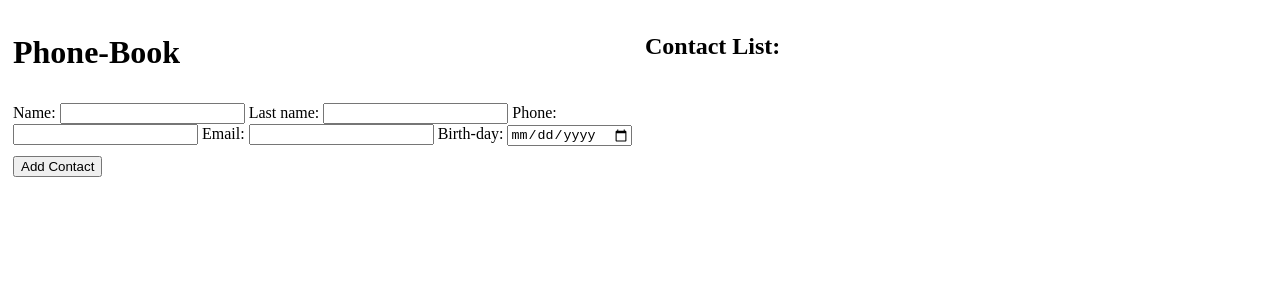
Repository: STA1357/Phone-book
Page: Inner.html
These files come from the project's save history. The page is drawn as it stood at one moment and after the next save; the edit follows.
The browser window is 1280 px wide. The pictures show the whole page.

Above is the page before, as saved 2020-12-10 10:58:18.

### Inner.html
<!DOCTYPE html>
<html lang="en">
<head>
    <meta charset="UTF-8">
    <meta name="viewport" content="width=device-width, initial-scale=1.0">
    <title>Phone Book</title>
    <link rel="stylesheet" href="./styles.css">
    <script src="./app.js"></script>
</head>
<body>
    <form action="#" method="POST">

        <header>
            <div class="header-title">
                <h1>Phone-Book</h1>
            </div>
        </header>

        <main>
            <div class="container">
                <label for="name">Name:</label>
                <input type="text" id="nameInput">
                <label for="lname">Last name:</label>
                <input type="text" id="lnameInput">
                <label for="tel">Phone:</label>
                <input type="text" id="telInput" class="tellinput">
                <label for="email">Email:</label>
                <input type="email" id="emailInput">
                <label for="birthname">Birth-day:</label>
                <input type="date" id="birthInput">
            </div>

        </main>

        <div class="btn">
        <button type="submit" id="btnAdd">Add Contact</button>
    </div>
    </form>
<div class="list-container">
    <h2>Contact List:</h2>
    <ul id="users"></ul>
</div>
</body>
</html>

### styles.css
*{
    box-sizing: border-box;
}

body{
    display: flex;
    flex-direction: row;
}

form{
    width: 50%;

}









.selected{
    background-color: skyblue;
    color: black;
    text-shadow: 0.5px 0.5px grey;
}

.deleteBtn::before{
    color: brown;
    content: "delete";
}

div{
    padding: 5px;
}

li{
    font-weight: bold;
    font-style: italic;
}

### app.js
window.onload = function() {
    const localKey = 'contactsCollection';
    const form = document.querySelector('form');
    const list = document.getElementById('users');
    const userName = document.getElementById('nameInput');
    const userLname = document.getElementById('lnameInput');
    const userTel = document.getElementById('telInput');
    const userEmail = document.getElementById('emailInput');
    const userBirth = document.getElementById('birthInput');

    let contactsList = getContacts();
    let activeContact = null;

    generateContactList();

    function getContacts() {
        const res = localStorage.getItem(localKey);
        return res ? JSON.parse(res) : [];
    }

    function setToStorage(data) {
        localStorage.setItem(localKey, data);
    }

    function updateContactList(newList) {
        const string = JSON.stringify(newList);
        contactsList = newList;
        setToStorage(string);
        generateContactList();
    }

    function recordContact(newContact) {
        updateContactList([...contactsList, newContact])
    }

    function updateContact(newData) {
        contactsList = contactsList.map(contact => contact.id === newData.id ? newData : contact);
        updateContactList(contactsList);
    }

    function deleteContact(removeId) {
        contactsList = contactsList.filter(({ id }) => id !== removeId);
        updateContactList(contactsList);
    }

    function setActiveContact(id) {
        const contact = document.getElementById(`contact-${id}`);
        contact.classList.toggle('active');
    }

    function generateContactList() {
        console.log(contactsList);
        const fragment = document.createDocumentFragment();
        contactsList.forEach((contact) => {
            const { id, name, lastName, phone, mail, birthDay } = contact;
            const container = document.createElement('div');
            container.onclick = () => setActiveContact(id);
            container.id = `contact-${id}`;
            const title = document.createElement('li');
            title.innerText = `${name} ${lastName}`;

            const infoList = document.createElement('b');
            infoList.innerText = phone + ' - ' + mail + ' - ' + birthDay;
            // phonesList.innerText = phones.join(' ');
            container.appendChild(title);
            container.appendChild(infoList);
            fragment.appendChild(container);

            const deleteBtn = document.createElement('button');
            deleteBtn.className = 'deleteBtn'
            fragment.appendChild(deleteBtn);
            deleteBtn.addEventListener('mousedown', function (e) {
                e.preventDefault();
            })

            deleteBtn.addEventListener('click', function (e) {
                console.log(e);
                deleteContact();
            })

            //const btn = document.createElement('button');
            //btn.onclick = () => !deleteContact(removeId);
            //btn.appendChild(container)


            container.addEventListener('mousedown', function (e) {
                e.preventDefault();
            })

            container.addEventListener('click', function (e) {
                console.log(e);


                if (e.target == this) {
                    return false;

                }
                if (!e.ctrlKey) {
                    clearSelected(this.children);
                }
                addSelected(e.target);
            })

            function clearSelected(elems) {
                for (let elem of elems) {
                    elem.classList.remove('selected');
                }
            }

            function addSelected(target) {
                target.classList.add('selected');
            }
        });


        list.innerHTML = '';
        list.appendChild(fragment);


    }

    function getId() {
        return '_' + Math.random().toString(36).substr(2, 9);
    };

    form.onsubmit = (event) => {
        event.preventDefault();
        const contact = {
            id: getId(),
            name: userName.value,
            lastName: userLname.value,
            phone: userTel.value,
            mail: userEmail.value,
            birthDay: userBirth.value
        }
        recordContact(contact);
        console.log(contact);
    }
}

// const form = document.querySelector('form')
// const list = document.getElementById('users')
// const userName = document.getElementById('nameInput')
// const userLname = document.getElementById('lnameInput')
// const userTel = document.getElementById('telInput')
// const userEmail = document.getElementById('emailInput')
// const userBirth = document.getElementById('birthInput')
// const entry = document.createElement('li')


// function addUser() {
//     const list = document.getElementById('users')
//     const userName = document.getElementById('nameInput')
//     const userLname = document.getElementById('lnameInput')
//     const userTel = document.getElementById('telInput')
//     const userEmail = document.getElementById('emailInput')
//     const userBirth = document.getElementById('birthInput')
//     const entry = document.createElement('li')
//     entry.appendChild(document.createTextNode(userName.value + ' ' + userLname.value + ' '
//     + userTel.value + ' ' + userEmail.value + ' ' + userBirth.value))
//     list.appendChild(entry)
//     return false

// }

// let bookContacts = [];

// const addContacts = (ev) => {
//     ev.preventDefault();
//     let contact = {
//         name: document.getElementById('nameInput').value,
//         lname: userLname.value,
//         tel: userTel.value,
//         email: userEmail.value,
//         birthday: userBirth.value
//     }
//     bookContacts.push(contact);
//     document.forms[0].reset();
// }
// document.addEventListener('DomContentLoad', () =>{
//     document.getElementById('btnAdd').addEventListener('click',addContacts)
// })
// console.log(bookContacts);




/*class Person{
    constructor(options){
        this.name = options.name
        this.lname = options.lname
        this.tel = options.tel
        this.email = options.email
        this.birthday = options.birthday
    }
}

class User extends Person{
    static type = "User"
}

const user = new User({
    name: "",
    lname: "",
    tel: "",
    email:"",
    birthday:""
})


localStorage.setItem('userInfo', JSON.stringify(user));




const raw = localStorage.getItem('userInfo')
const userInfo = JSON.parse(raw)
userInfo.name = 'Maxim'

console.log(userInfo);*/

After the next save:
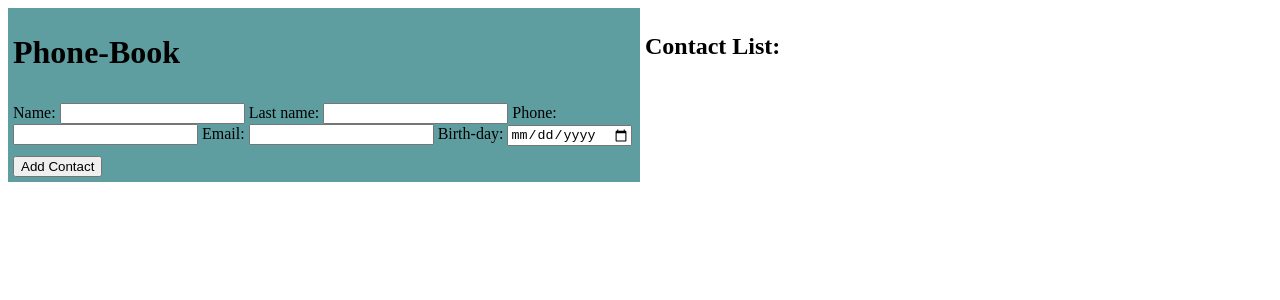
Saved 13 s later.
--- a/styles.css
+++ b/styles.css
@@ -9,7 +9,7 @@
 
 form{
     width: 50%;
-
+    background-color: cadetblue;
 }
 
 

After the save that followed:
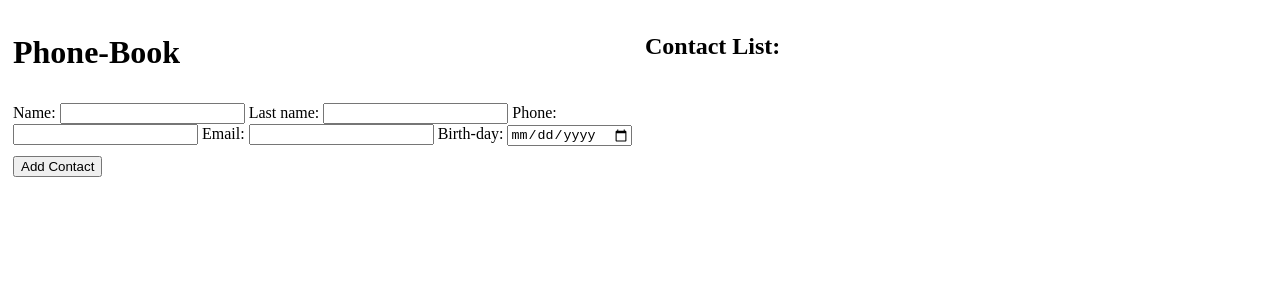
Saved 41 s later.
--- a/styles.css
+++ b/styles.css
@@ -9,7 +9,6 @@
 
 form{
     width: 50%;
-    background-color: cadetblue;
 }
 
 
